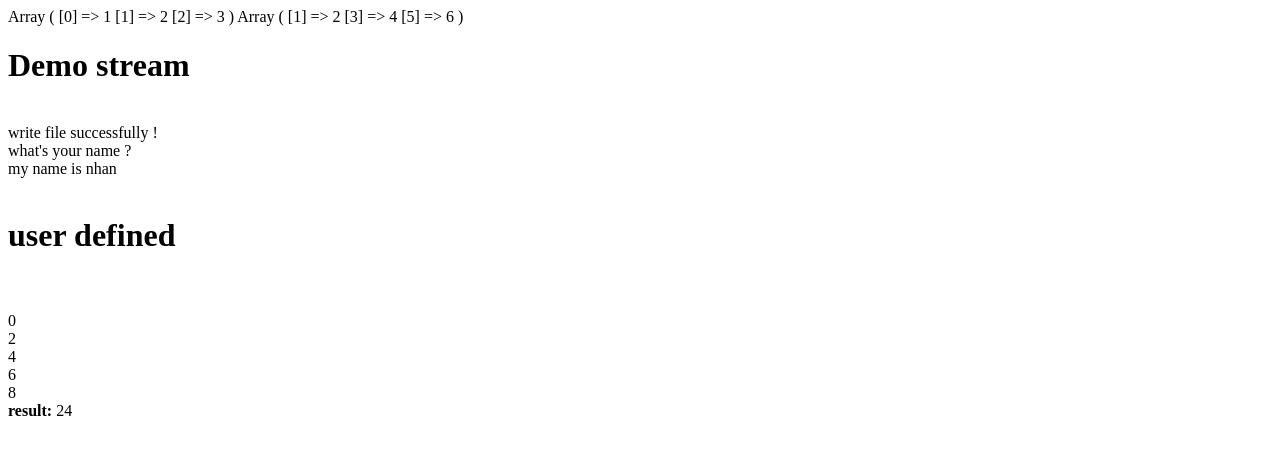
Repository: HoangLinh2001/PHP
Page: http://localhost/demoFunction.php
An editor plug-in stored every save of this project. The page is shown before and after the next save, followed by the edit.
The browser window is 1280 px wide. The pictures show the whole page.
The page is run by PHP 8.4 with error messages shown; the project is at /var/www/html/.

Above is the page before, as saved 2023-06-20 18:59:40.

After the next save:
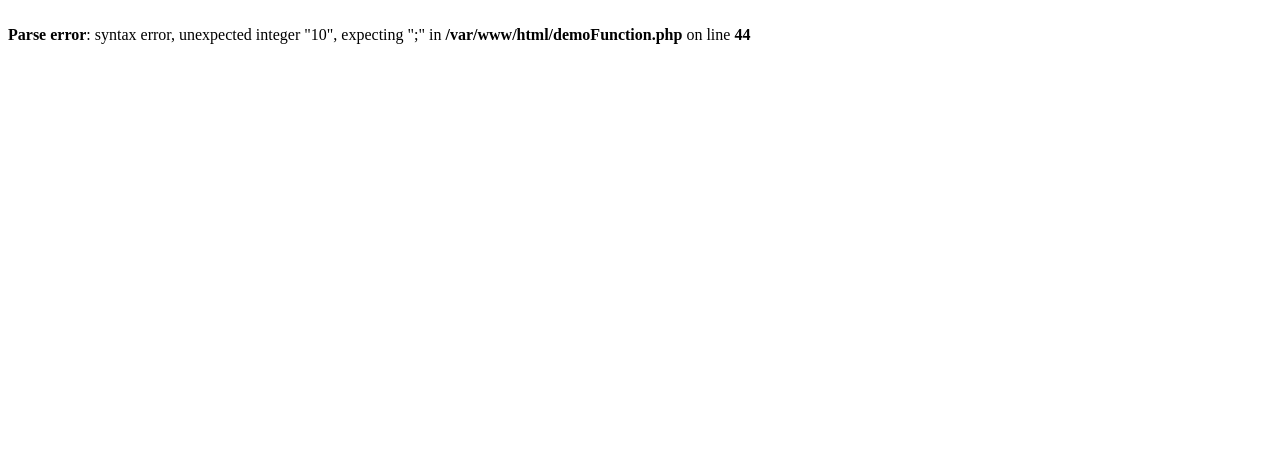
Saved 2 min 11 s later.
--- a/DEMOPHPBUOI2/demoFunction.php
+++ b/DEMOPHPBUOI2/demoFunction.php
@@ -41,7 +41,7 @@
 echo "<br><h1>user defined </h1></br>";
 function even_number()
 {
-    for ($i = 0; $i < 10; $i++) {
+    for ($i = 0; $i <br 10; $i++) {
         if ($i % 2 == 0) {
             echo "<br>", $i;
         }
@@ -57,4 +57,10 @@
 }
 
 number(2, 3, 4);
+
+//default argument value
+function value(int $number = 100){
+    echo "</br> value is ",$number;
+}
+value();
 ?>

After the save that followed:
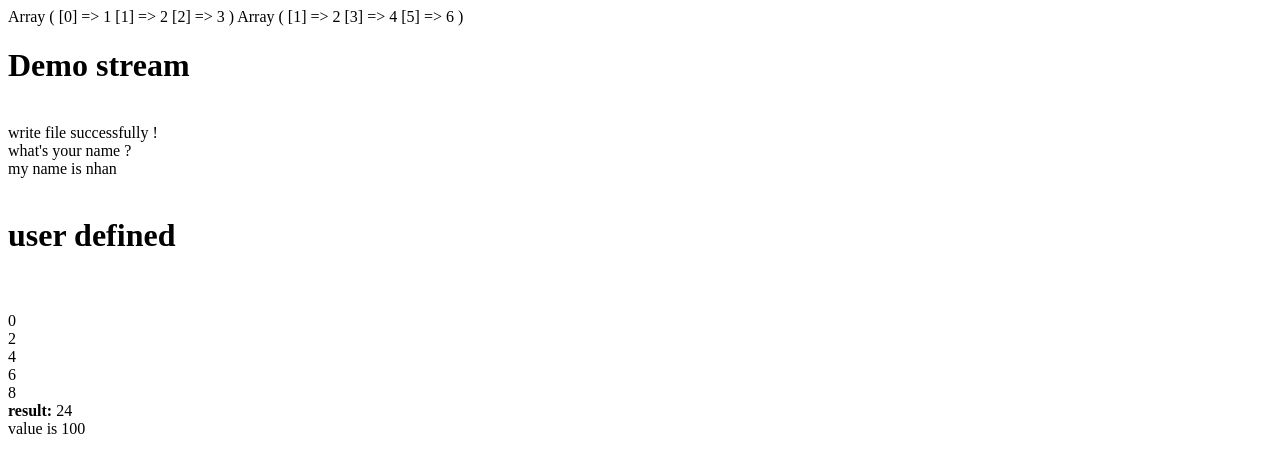
Saved 16 s later.
--- a/DEMOPHPBUOI2/demoFunction.php
+++ b/DEMOPHPBUOI2/demoFunction.php
@@ -41,7 +41,7 @@
 echo "<br><h1>user defined </h1></br>";
 function even_number()
 {
-    for ($i = 0; $i <br 10; $i++) {
+    for ($i = 0; $i < 10; $i++) {
         if ($i % 2 == 0) {
             echo "<br>", $i;
         }
